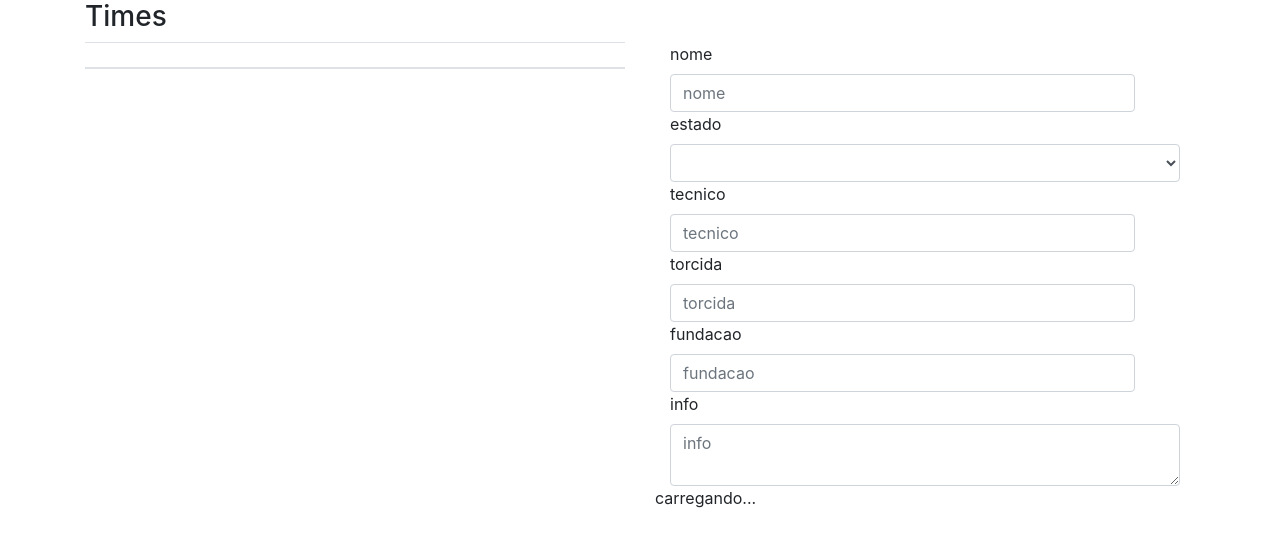
Repository: ecrseer/vuesheetpost
Page: /
These files come from the project's save history. The page is drawn as it stood at one moment and after a run of saves; the edit follows.
The browser window is 1280 px wide. The pictures show the whole page.
The page's requests for data from a server got no answer. The project was rebuilt for these pictures with package versions that can differ from the ones it lists, and the page was loaded fresh each time. No one was signed in, and anything a server would have sent is missing. Also part of the build but not shown: vite.config.js, vue.config.js.

Above is the page before, as saved 2021-08-23 16:41:52.

After the next 2 saves:
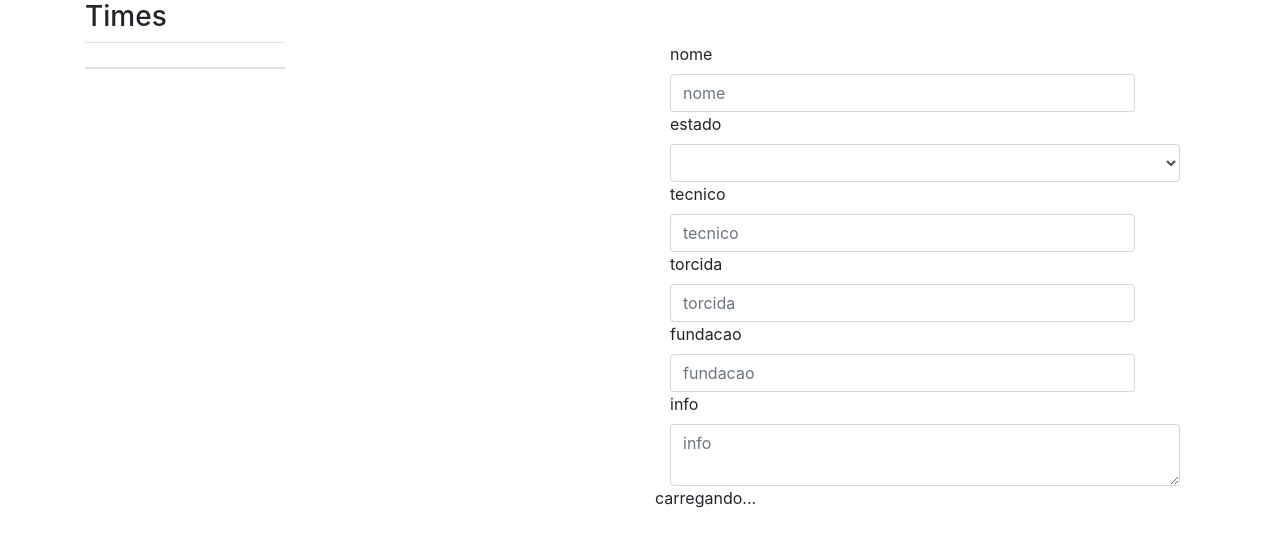
The 2 saves are shown as one change because 1 did not build or start.
The last was saved 61 s later.
--- a/src/components/TabelaMarota.vue
+++ b/src/components/TabelaMarota.vue
@@ -55,3 +55,9 @@ export default {
   }
 }
 </script>
+
+<style scoped>
+table{
+  max-width: 200px;
+}
+</style>
